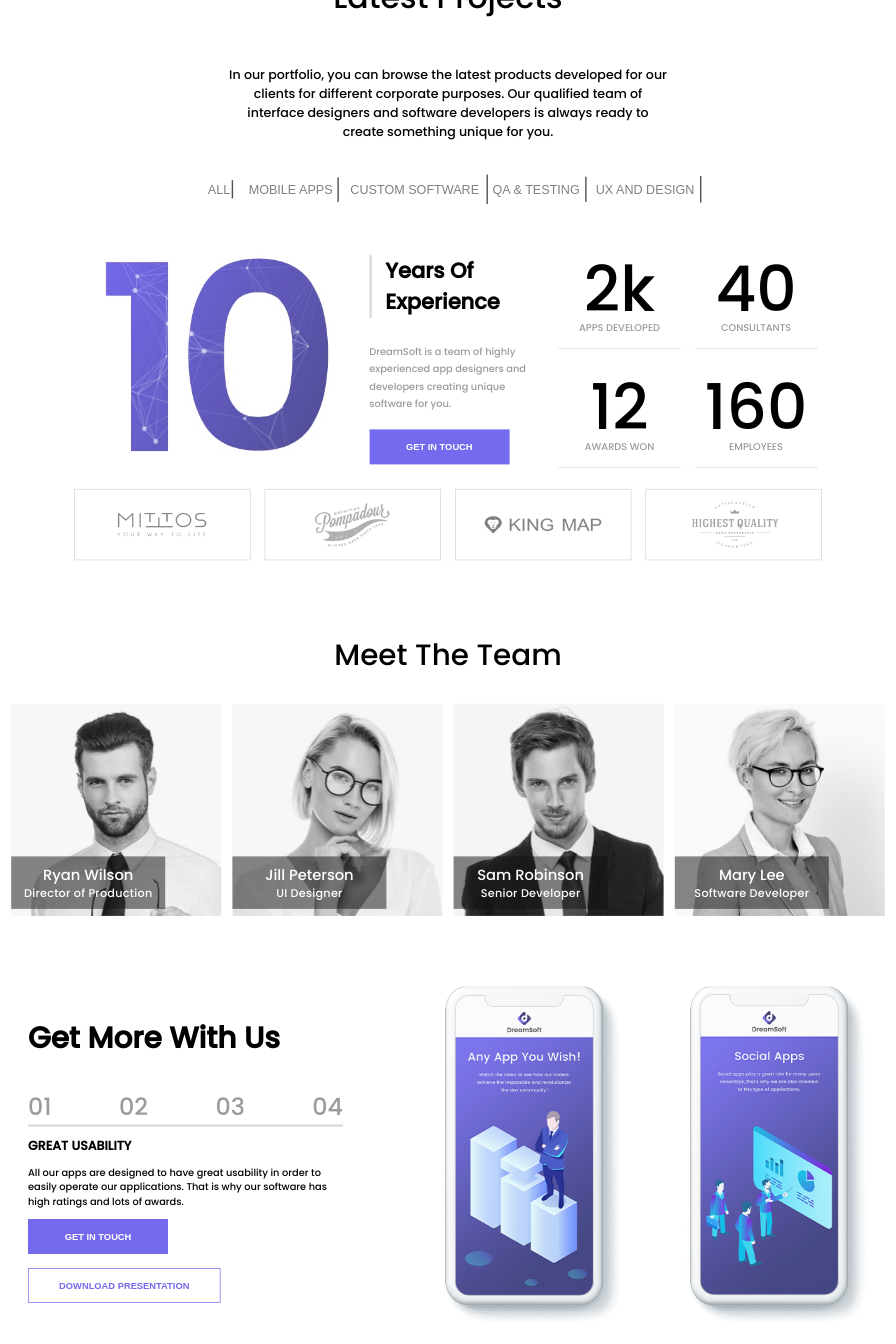
Repository: kkyler24/ladders-bootcamp-awesome
Page: index.html
These files come from the project's save history. The page is drawn as it stood at one moment and after the next save; the edit follows.
The browser window is 1280 px wide. The pictures show the part of the page from y = 1458 to 3378 px (the page is 6192 px tall before and 6211 px after), at 70% of full size.

Above is the page before, as saved 2021-03-20 10:50:20.

After the next save:
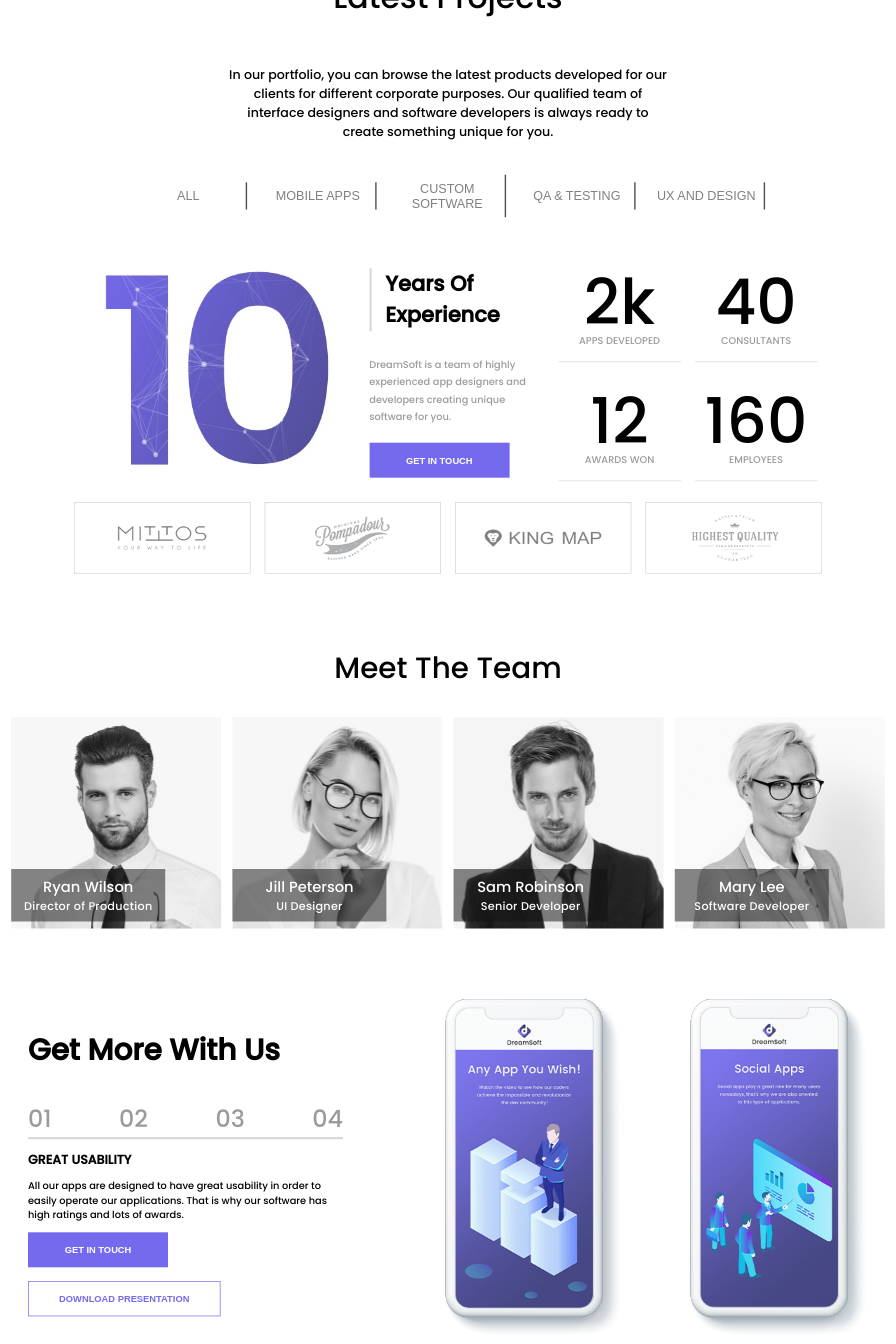
Saved 3 min 58 s later.
--- a/kstyle.css
+++ b/kstyle.css
@@ -128,10 +128,9 @@ margin-bottom: 3%;
  border-left: none;
  border-top: none;
  border-bottom: none;
- width: max-content;
+ width: 165px;
  text-transform: uppercase;
 }
 .latestButtons{
-
   align-content: center;
 }
